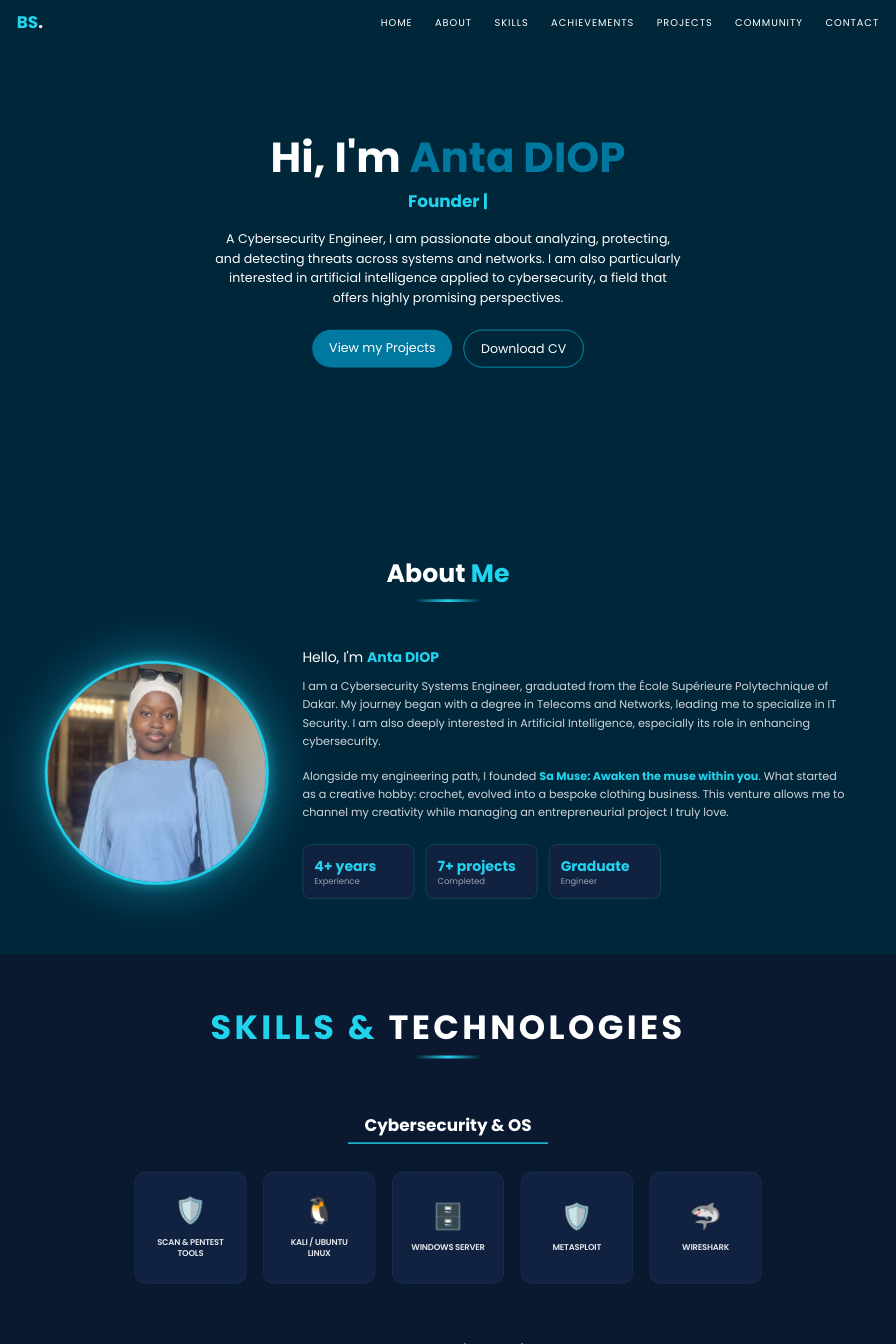
Repository: AntaaaKD/Mon-Portfolio
Page: /
The author's editor kept a copy of each file at every save. The page is drawn from the files as they stood at one save, then again after a run of saves.
The browser window is 1280 px wide. The pictures show the part of the page from y = 0 to 1920 px (the page is 8584 px tall), at 70% of full size.
The project was rebuilt for these pictures with package versions that can differ from the ones it lists, and the page was loaded fresh each time.

Above is the page before, as saved 2026-01-15 10:50:03.

### public/index.html
<!DOCTYPE html>
<html lang="en">
  <link href="https://fonts.googleapis.com/css2?family=Poppins:wght@400;600;700&display=swap" rel="stylesheet">
  <head>
    <meta charset="utf-8" />
    <link rel="icon" href="%PUBLIC_URL%/favicon.ico" />
    <meta name="viewport" content="width=device-width, initial-scale=1" />
    <meta name="theme-color" content="#000000" />
    <meta
      name="description"
      content="Web site created using create-react-app"
    />
    <link rel="apple-touch-icon" href="%PUBLIC_URL%/logo192.png" />
    <!--
      manifest.json provides metadata used when your web app is installed on a
      user's mobile device or desktop. See https://developers.google.com/web/fundamentals/web-app-manifest/
    -->
    <link rel="manifest" href="%PUBLIC_URL%/manifest.json" />
    <!--
      Notice the use of %PUBLIC_URL% in the tags above.
      It will be replaced with the URL of the `public` folder during the build.
      Only files inside the `public` folder can be referenced from the HTML.

      Unlike "/favicon.ico" or "favicon.ico", "%PUBLIC_URL%/favicon.ico" will
      work correctly both with client-side routing and a non-root public URL.
      Learn how to configure a non-root public URL by running `npm run build`.
    -->
    <title>React App</title>
  </head>
  <body>
    <noscript>You need to enable JavaScript to run this app.</noscript>
    <div id="root"></div>
    <!--
      This HTML file is a template.
      If you open it directly in the browser, you will see an empty page.

      You can add webfonts, meta tags, or analytics to this file.
      The build step will place the bundled scripts into the <body> tag.

      To begin the development, run `npm start` or `yarn start`.
      To create a production bundle, use `npm run build` or `yarn build`.
    -->
  </body>
</html>

### src/index.css
@tailwind base;
@tailwind components;
@tailwind utilities;

body {
  margin: 0;
  font-family: 'Poppins', sans-serif;
  -webkit-font-smoothing: antialiased;
  -moz-osx-font-smoothing: grayscale;
}

code {
  font-family: source-code-pro, Menlo, Monaco, Consolas, 'Courier New',
    monospace;
}

### src/components/Navbar.jsx
import React, { useState, useEffect } from 'react';
import { Menu, X } from 'lucide-react';

const Navbar = () => {
  const [isScrolled, setIsScrolled] = useState(false);
  const [isOpen, setIsOpen] = useState(false);

  // Détecter le défilement pour changer l'apparence
  useEffect(() => {
    const handleScroll = () => {
      if (window.scrollY > 100) {
        setIsScrolled(true);
      } else {
        setIsScrolled(false);
      }
    };
    window.addEventListener('scroll', handleScroll);
    return () => window.removeEventListener('scroll', handleScroll);
  }, []);

  const navLinks = [
    { name: "Home", href: "#home" },
    { name: "About", href: "#about" },
    { name: "Skills", href: "#skills" },
    { name: "Achievements", href: "#achievements" },
    { name: "Projects", href: "#projects" },
    { name: "Community", href: "#community" },
    { name: "Contact", href: "#contact" },
  ];

  return (
    <>
      {/* 1. NAVBAR CLASSIQUE (Visible en haut de page) */}
      <nav className={`fixed top-0 w-full z-50 transition-all duration-500 px-6 py-4 ${
        isScrolled ? 'opacity-0 -translate-y-full pointer-events-none' : 'opacity-100 translate-y-0 bg-transparent'
      }`}>
        <div className="max-w-7xl mx-auto flex justify-between items-center">
          <div className="text-2xl font-black text-cyan-400">BS<span className="text-white">.</span></div>
          <div className="hidden md:flex gap-8">
            {navLinks.map((link) => (
              <a key={link.name} href={link.href} className="text-sm font-medium hover:text-cyan-400 transition-colors uppercase tracking-widest">
                {link.name}
              </a>
            ))}
          </div>
        </div>
      </nav>

      {/* 2. ICONE MENU FLOTTANT (Apparaît au scroll) */}
      <div className={`fixed top-6 right-6 z-[60] transition-all duration-500 ${
        isScrolled ? 'scale-100 opacity-100' : 'scale-0 opacity-0'
      }`}>
        <button
          onClick={() => setIsOpen(!isOpen)}
          className="w-14 h-14 bg-cyan-500 text-[#0a192f] rounded-full flex items-center justify-center shadow-[0_0_20px_rgba(34,211,238,0.5)] hover:bg-white transition-all active:scale-90"
        >
          {isOpen ? <X size={28} /> : <Menu size={28} />}
        </button>
      </div>

      {/* 3. MENU OVERLAY (Plein écran quand on clique sur l'icône) */}
      <div className={`fixed inset-0 z-[55] bg-[#0a192f]/fb backdrop-blur-xl transition-all duration-500 ${
        isOpen ? 'translate-x-0' : 'translate-x-full'
      }`}>
        <div className="h-full flex flex-col items-center justify-center gap-8">
          {navLinks.map((link) => (
            <a
              key={link.name}
              href={link.href}
              onClick={() => setIsOpen(false)}
              className="text-3xl font-bold text-white hover:text-cyan-400 transition-colors uppercase tracking-tighter"
            >
              {link.name}
            </a>
          ))}
        </div>
      </div>
    </>
  );
};

export default Navbar;

### src/components/Home.jsx
import React, { useEffect, useRef } from 'react';
import Typed from 'typed.js';

const Home = () => {
  // Création d'une référence pour l'élément qui accueillera l'animation
  const el = useRef(null);

  useEffect(() => {
    const typed = new Typed(el.current, {
      strings: [
        "Cybersecurity Engineer",
        "Founder of Sa Muse",
      ],
      typeSpeed: 100,
      backSpeed: 90,
      loop: true,
    });

    // Nettoyage de l'animation pour éviter les bugs de mémoire
    return () => {
      typed.destroy();
    };
  }, []);

  return (
    <section id="home" className="flex flex-col items-center justify-center h-screen text-center px-4">
      <h1 className="text-6xl font-bold mb-4">
        Hi, I'm <span className="text-blue-text">Anta DIOP</span>
      </h1>

      {/* On applique la ref ici pour l'animation */}
      <h2 className="text-2xl font-bold text-cyan-400 mb-6 h-8">
        <span ref={el}></span>
      </h2>

      <p className="text-lg mb-8 max-w-2xl">
        A Cybersecurity Engineer, I am passionate about analyzing, protecting, and detecting threats across systems and networks.
        I am also particularly interested in artificial intelligence applied to cybersecurity, a field that offers highly promising perspectives.
      </p>

      <div className="flex space-x-4">
        <a href="#projects" className="bg-blue-text text-lg px-6 py-3 rounded-full hover:bg-cyan-400 transition">
            View my Projects
        </a>
        <a href="/cv.pdf" download className="px-6 py-3 rounded-full border border-cyan-500 text-lg hover:bg-cyan-500 hover:text-custom-blue transition">
            Download CV
        </a>
      </div>
    </section>
  );
};

export default Home;

### src/components/About.jsx
import React from 'react';

const About = () => {
  return (
    <section id="about" className="py-20 px-4 bg-custom-blue text-white">
      <div className="max-w-6xl mx-auto">
        {/* Titre de la section */}
        <h2 className="text-4xl font-bold text-center mb-16">
          About <span className="text-cyan-400">Me</span>
          <div className="h-1 w-24 bg-gradient-to-r from-transparent via-cyan-400 to-transparent mx-auto mt-4 rounded-full"></div>
        </h2>


        <div className="flex flex-col md:flex-row items-center justify-between gap-12">

          {/* Colonne Image avec l'effet de halo bleu */}
          <div className="relative w-64 h-64 md:w-80 md:h-80">
            <div className="absolute inset-0 rounded-full bg-cyan-400 opacity-20 blur-2xl animate-pulse"></div>
            <div className="relative w-full h-full rounded-full border-4 border-cyan-400 overflow-hidden shadow-[0_0_20px_rgba(34,211,238,0.5)]">
              <img
                src="/image1.png"
                alt="Anta DIOP"
                className="w-full h-full object-cover"
              />
            </div>
          </div>

          {/* Colonne Texte */}
          <div className="flex-1 text-center md:text-left">
            <h3 className="text-xl mb-4">
              Hello, I'm <span className="text-cyan-400 font-bold">Anta DIOP</span>
            </h3>
            <p className="text-gray-300 mb-6 leading-relaxed">
              I am a Cybersecurity Systems Engineer, graduated from the École Supérieure Polytechnique of Dakar.
              My journey began with a degree in Telecoms and Networks, leading me to specialize in IT Security.
              I am also deeply interested in Artificial Intelligence, especially its role in enhancing cybersecurity.
            </p>
            <p className="text-gray-300 mb-8 leading-relaxed">
              Alongside my engineering path, I founded <span className="text-cyan-400 font-bold"> Sa Muse: Awaken the muse within you</span>.
              What started as a creative hobby: crochet, evolved into a bespoke clothing business. This venture allows me to channel my creativity while managing an entrepreneurial project I truly love.
            </p>

            {/* Cartes de statistiques (comme sur le modèle) */}
            <div className="flex flex-wrap justify-center md:justify-start gap-4">
              <div className="bg-[#112240] p-4 rounded-xl border border-cyan-900 w-40">
                <p className="text-cyan-400 font-bold text-xl">4+ years</p>
                <p className="text-xs text-gray-400">Experience</p>
              </div>
              <div className="bg-[#112240] p-4 rounded-xl border border-cyan-900 w-40">
                <p className="text-cyan-400 font-bold text-xl">7+ projects</p>
                <p className="text-xs text-gray-400">Completed</p>
              </div>
              <div className="bg-[#112240] p-4 rounded-xl border border-cyan-900 w-40">
                <p className="text-cyan-400 font-bold text-xl">Graduate</p>
                <p className="text-xs text-gray-400">Engineer</p>
              </div>
            </div>
          </div>

        </div>
      </div>
    </section>
  );
};

export default About;

### src/components/Skills.jsx
import React from 'react';

const Skills = () => {
  const skillCategories = [
    {
      domain: "Cybersecurity & OS",
      tools: [
        { name: 'Scan & Pentest Tools', icon: '🛡️' },
        { name: 'Kali / Ubuntu Linux', icon: '🐧' },
        { name: 'Windows Server', icon: '🗄️' },
        { name: 'Metasploit', icon: '🛡️' },
        { name: 'Wireshark', icon: '🦈' }
      ]
    },
    {
      domain: "Networks & Simulation",
      tools: [
        { name: 'VLAN Deployment', icon: '🔌' },
        { name: 'DHCP / DNS / SSH', icon: '🌐' },
        { name: 'Cisco Packet Tracer', icon: '📡' },
        { name: 'GNS3', icon: '🛰️' }
      ]
    },
    {
      domain: "Programming & Web Development",
      tools: [
        { name: 'Python', icon: '🐍' },
        { name: 'JavaScript', icon: '📜' },
        { name: 'React', icon: '⚛️' },
        { name: 'HTML5 / CSS3', icon: '💻' },
        { name: 'Low Code / No Code', icon: '⚙️' },
      ]
    },
    {
      domain: "Data & Infrastructure",
      tools: [
        { name: 'Machine Learning', icon: '🧠' },
        { name: 'SQL', icon: '📊' },
        { name: 'Docker', icon: '🐳' },
        { name: 'VMware / Virtualbox', icon: '🖥️' },
        { name: 'GitHub', icon: '🐙' }
      ]
    }
  ];

  return (
    <section id="skills" className="py-20 bg-[#0a192f] text-white">
      <div className="max-w-6xl mx-auto px-4">
        <h2 className="text-5xl font-bold text-center mb-20 text-cyan-400 uppercase tracking-widest">
          Skills & <span className="text-white">Technologies</span>
          <div className="h-1 w-24 bg-gradient-to-r from-transparent via-cyan-400 to-transparent mx-auto mt-4 rounded-full"></div>
        </h2>

        <div className="space-y-20">
          {skillCategories.map((category, idx) => (
            <div key={idx} className="flex flex-col items-center">
              {/* Titre du domaine bien centré */}
              <h3 className="text-2xl font-bold mb-10 text-white border-b-2 border-cyan-400 pb-2 px-6">
                {category.domain}
              </h3>

              {/* Grille des outils centrée */}
              <div className="flex flex-wrap justify-center gap-6 w-full">
                {category.tools.map((tool, index) => (
                  <div
                    key={index}
                    className="bg-[#112240] p-6 rounded-2xl border border-cyan-900/40 flex flex-col items-center justify-center w-40 h-40 transition-all duration-300 hover:border-cyan-400 hover:-translate-y-2 hover:shadow-[0_0_20px_rgba(34,211,238,0.15)] group"
                  >
                    <div className="text-4xl mb-4 group-hover:scale-110 transition-transform">
                      {tool.icon}
                    </div>
                    <h4 className="text-xs font-semibold text-gray-200 text-center uppercase tracking-tight">
                      {tool.name}
                    </h4>
                  </div>
                ))}
              </div>
            </div>
          ))}
        </div>
      </div>
    </section>
  );
};

export default Skills;

### src/components/Community.jsx
import React from 'react';
import { Users, Globe, ShieldCheck, Heart } from 'lucide-react';

const Community = () => {
  const experiences = [
    {
      organization: "WiMLDS Dakar",
      role: "Secretary General",
      icon: <Users className="text-pink-400" />,
      description: "Community dedicated to supporting women in Machine Learning and Data Science. I oversee administration and ensure the smooth execution of all community activities and initiatives.",
      tags: ["Leadership", "Gender Diversity", "AI"]
    },
    {
      organization: "Cyber221",
      role: "Digital Ambassador",
      icon: <ShieldCheck className="text-cyan-400" />,
      description: "Promoting cybersecurity culture and digital education in Senegal. Focused on online safety for children and fostering responsible digital behavior among citizens.",
      tags: ["Cyber Awareness", "Education", "Digital Safety"]
    },
    {
      organization: "Galsen AI",
      role: "MeetUp & Program Organizer",
      icon: <Globe className="text-blue-400" />,
      description: "Coordinating workshops and conferences focused on AI, Big Data, and IoT. Managing logistics and collaborating with speakers to enrich the tech ecosystem in Senegal.",
      tags: ["Event Planning", "AI Outreach", "Networking"]
    },
    {
      organization: "Association Xeweul bi",
      role: "Active Member",
      icon: <Heart className="text-red-400" />,
      description: "Providing holistic support to homeless and underprivileged individuals. Working to restore dignity and social integration through essential needs assistance.",
      tags: ["Social Impact", "Volunteerism", "Community"]
    }
  ];

  return (
    <section id="community" className="w-full py-24 bg-transparent text-white">
      <div className="max-w-6xl mx-auto px-4">

        <div className="text-center mb-16">
          <h2 className="text-5xl font-extrabold text-cyan-400  tracking-tighter">
            Community  <span className="text-white">Engagement</span>

          <div className="h-1 w-24 bg-gradient-to-r from-transparent via-cyan-400 to-transparent mx-auto mt-4 rounded-full"></div>
          </h2>
          <p className="text-gray-400 mt-4 italic">Active involvement in promoting technology, cybersecurity, and social impact within the Senegalese ecosystem.</p>
        </div>


        <div className="grid grid-cols-1 md:grid-cols-2 gap-8">
          {experiences.map((exp, index) => (
            <div
              key={index}
              className="bg-[#112240] p-8 rounded-2xl border border-cyan-900/30 hover:border-cyan-400/50 transition-all duration-300 shadow-xl group"
            >
              <div className="flex items-start gap-6">
                <div className="p-4 bg-[#0a192f] rounded-xl group-hover:scale-110 transition-transform shadow-inner">
                  {exp.icon}
                </div>

                <div className="flex-1">
                  <h3 className="text-2xl font-bold text-white group-hover:text-cyan-400 transition-colors">
                    {exp.organization}
                  </h3>
                  <h4 className="text-cyan-500 font-medium mb-4 italic">
                    {exp.role}
                  </h4>
                  <p className="text-gray-400 text-sm leading-relaxed mb-6">
                    {exp.description}
                  </p>

                  <div className="flex flex-wrap gap-2">
                    {exp.tags.map((tag, i) => (
                      <span key={i} className="text-[10px] font-mono text-cyan-300 bg-cyan-900/20 border border-cyan-800 px-2 py-1 rounded">
                        {tag}
                      </span>
                    ))}
                  </div>
                </div>
              </div>
            </div>
          ))}
        </div>
      </div>
    </section>
  );
};

export default Community;

### src/components/Contact.jsx
import React from 'react';
import { Mail, Linkedin, Github, ExternalLink } from 'lucide-react';

const Contact = () => {
  const contactLinks = [
    {
      name: "Email",
      value: "Soxna Anta",
      icon: <Mail size={28} />,
      link: "mailto:soxnaanta844@gmail.com",
      color: "hover:text-red-400"
    },
    {
      name: "LinkedIn",
      value: "Anta DIOP",
      icon: <Linkedin size={28} />,
      link: "https://www.linkedin.com/in/anta-diop-2332092a1/",
      color: "hover:text-blue-400"
    },
    {
      name: "GitHub",
      value: "AntaaaKD",
      icon: <Github size={28} />,
      link: "https://github.com/AntaaaKD",
      color: "hover:text-gray-400"
    }
  ];

  return (
    <section id="contact" className="w-full py-24 bg-[#0a192f] text-white">
      <div className="max-w-4xl mx-auto px-4 text-center">
        <h2 className="text-5xl font-extrabold text-cyan-400 mb-6 tracking-tighter">
          Let's <span className="text-white">Connect</span>
        </h2>

        <p className="text-gray-400 mb-16 max-w-2xl mx-auto text-lg">
          I'm always open to discussing <span className="text-cyan-400">Cybersecurity</span> research,
          AI projects, or professional opportunities.
        </p>

        <div className="grid grid-cols-1 md:grid-cols-3 gap-8">
          {contactLinks.map((contact, index) => (
            <a
              key={index}
              href={contact.link}
              target="_blank"
              rel="noopener noreferrer"
              className={`bg-[#112240] p-10 rounded-3xl border border-cyan-900/30 transition-all duration-300 group shadow-xl flex flex-col items-center hover:border-cyan-400/50 hover:-translate-y-3`}
            >
              {/* Icône avec cercle de fond */}
              <div className="w-16 h-16 bg-[#0a192f] rounded-2xl flex items-center justify-center mb-6 text-cyan-400 group-hover:scale-110 group-hover:bg-cyan-400 group-hover:text-[#0a192f] transition-all duration-300 shadow-inner">
                {contact.icon}
              </div>

              <h3 className="text-xl font-bold mb-2 text-white">{contact.name}</h3>
              <p className="text-gray-400 text-sm mb-4 break-all">{contact.value}</p>

              {/* Petit indicateur d'action */}
              <div className="flex items-center text-xs font-bold text-cyan-500 uppercase tracking-widest opacity-0 group-hover:opacity-100 transition-opacity">
                <span>Contact Me</span>
                <ExternalLink size={12} className="ml-2" />
              </div>
            </a>
          ))}
        </div>

        {/* Footer simple */}
        <div className="mt-32 pt-10 border-t border-cyan-900/20 text-gray-500 text-sm">
          <p>© {2025} — Made with love by Anta DIOP❤️</p>
          <p>Well, there you have it, now you know everything about me... 😎✌🏽️😂</p>
        </div>
      </div>
    </section>
  );
};

export default Contact;

Loaded but not shown: src/index.js (common file); src/reportWebVitals.js (common file); src/App.js (28 lines, source omitted); tailwind.config.js (15 lines, source omitted); src/components/Projects.jsx (110 lines, source omitted); src/components/Achievements.jsx (104 lines, source omitted)

After the next 3 saves:
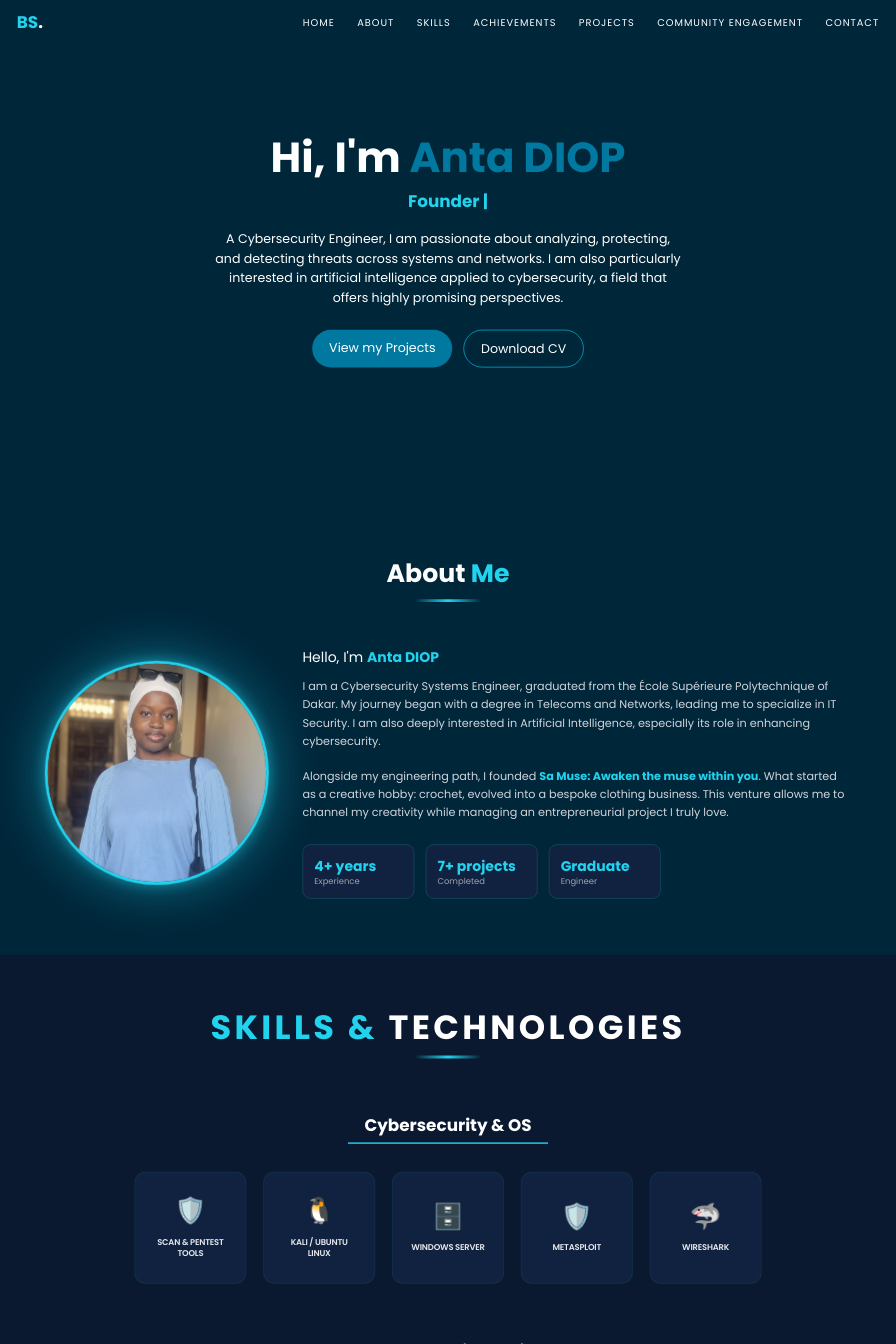
The 3 saves are shown as one change because they came seconds apart.
The last was saved 57 s later.
--- a/src/components/Navbar.jsx
+++ b/src/components/Navbar.jsx
@@ -24,7 +24,7 @@ const Navbar = () => {
     { name: "Skills", href: "#skills" },
     { name: "Achievements", href: "#achievements" },
     { name: "Projects", href: "#projects" },
-    { name: "Community", href: "#community" },
+    { name: "Community Engagement", href: "#community" },
     { name: "Contact", href: "#contact" },
   ];
 
